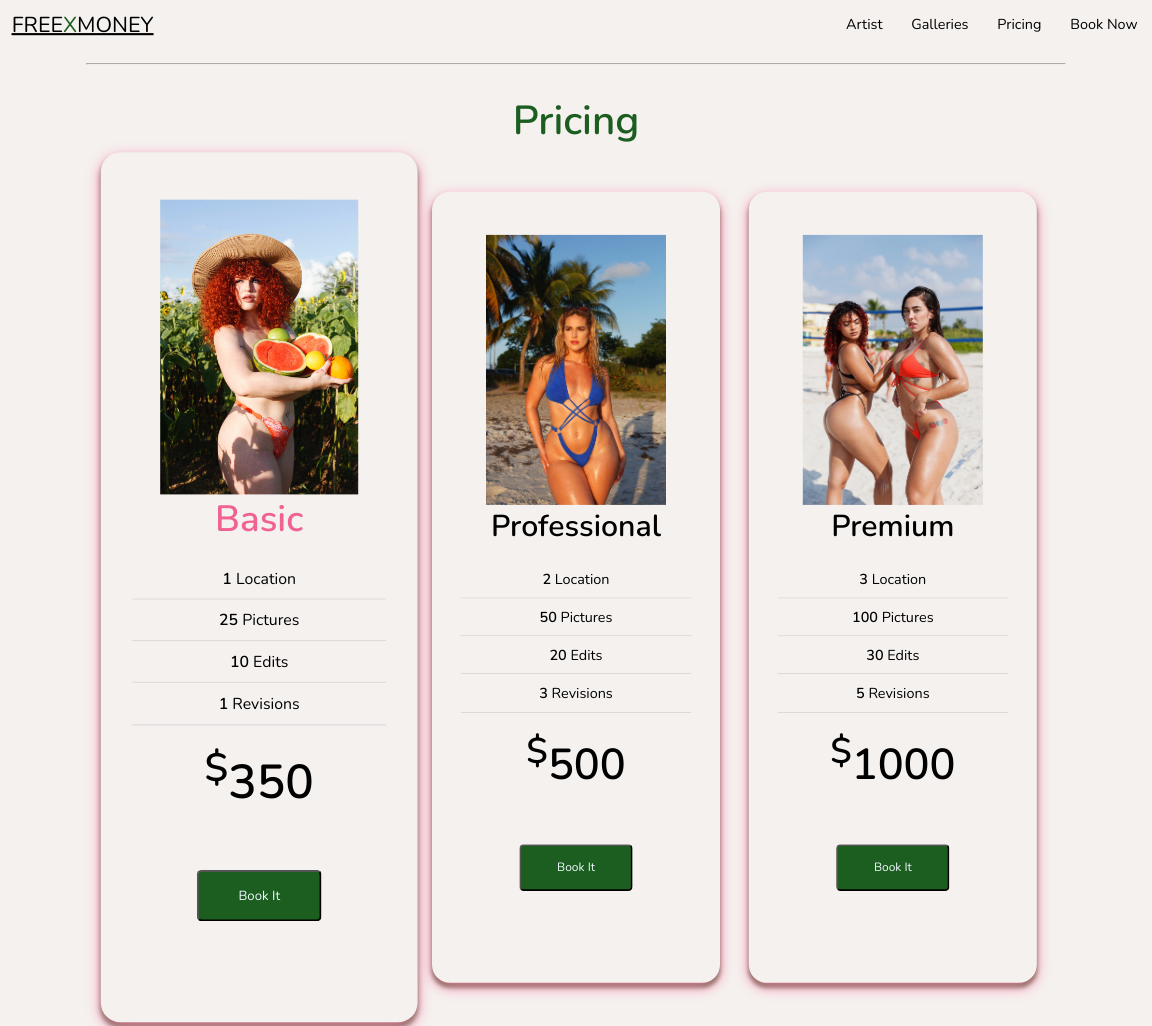
Repository: burntaftermint/freexmoney-draft
Page: price.html
An editor plug-in stored every save of this project. The page is shown before and after the next save, followed by the edit.
The browser window is 1280 px wide. The pictures show the whole page, at 90% of full size.
The pointer rests on the first visible `.card-button`.
Some web fonts or font styles are not loaded; a fallback is used.

Above is the page before, as saved 2024-06-11 02:17:09.

### price.html
<!DOCTYPE html>
<html lang="en">
<head>
    <meta charset="UTF-8">
    <meta http-equiv="X-UA-Compatible" content="IE=edge">
    <meta name="viewport" content="width=device-width, initial-scale=1.0">
    <script src="script.js" defer></script>
    <title>FREEXMONEY</title>
    <link rel="preconnect" href="https://fonts.googleapis.com">
    <link rel="preconnect" href="https://fonts.gstatic.com" crossorigin>
    <link href="https://fonts.googleapis.com/css2?family=Architects+Daughter&family=Kumbh+Sans:wght@400;700&family=Montserrat:ital,wght@0,100;0,200;0,300;0,400;0,500;0,600;0,700;0,800;0,900;1,100;1,200;1,300;1,400;1,500;1,600;1,700;1,800;1,900&family=Nunito:wght@300;400;500;600&family=Roboto:wght@300&family=Rubik:wght@400;500;600;700;800&family=Yantramanav:wght@500&display=swap" rel="stylesheet">
    <link rel="stylesheet" type="text/css" href="style.css">
</head>
<body>
    <nav class="navbar">
        <div class="nav-title">
            <a href="index.html">FREE<span>X</span>MONEY</a>
        </div>
        <a href="#" class="toggle-button">
            <span class="bar"></span>
            <span class="bar"></span>
            <span class="bar"></span>
        </a>
        <div class="navbar-links">
            <ul>
                <li><a href="artist.html">Artist</a></li>
                <li><a href="gallery.html">Galleries</a></li>
                <li><a href="pricing.html">Pricing</a></li>
                <li><a href="home.html">Book Now</a></li>
            </ul>
        </div>
    </nav>
    <hr>
    <h1 class="galleryh1">Pricing</h1>
    <section class="pricing">
        <div class="card-wrapper">
            <!-- card header -->
            <div class="card-header">
                <img src="images/2.JPG" alt="basic">
                <h2>Basic</h2>
            </div>
            <!-- card detail -->
            <div class="card-detail">
                <p><b>1</b> Location </p>
                <p><b>25</b> Pictures </p>
                <p><b>10</b> Edits </p>
                <p><b>1</b> Revisions </p>

            </div>
            <!-- card price -->
            <div class="card-price">
                <p><sup>$</sup>350</p>
            </div>
            <!-- button -->
            <button class="card-button">Book It</button>
        </div>

        <div class="card-wrapper">
            <!-- card header -->
            <div class="card-header">
                <img src="images/4.JPG" alt="basic">
                <h2>Professional</h2>
            </div>
            <!-- card detail -->
            <div class="card-detail">
                <p><b>2</b> Location </p>
                <p><b>50</b> Pictures </p>
                <p><b>20</b> Edits </p>
                <p><b>3</b> Revisions </p>

            </div>
            <!-- card price -->
            <div class="card-price">
                <p><sup>$</sup>500</p>
            </div>
            <!-- button -->
            <button class="card-button">Book It</button>
        </div>

        <div class="card-wrapper">
            <!-- card header -->
            <div class="card-header">
                <img src="images/11.JPG" alt="basic">
                <h2>Premium</h2>
            </div>
            <!-- card detail -->
            <div class="card-detail">
                <p><b>3</b> Location </p>
                <p><b>100</b> Pictures </p>
                <p><b>30</b> Edits </p>
                <p><b>5</b> Revisions </p>

            </div>
            <!-- card price -->
            <div class="card-price">
                <p><sup>$</sup>1000</p>
            </div>
            <!-- button -->
            <button class="card-button">Book It</button>
        </div>

    </section>

</body>
</html>

### style.css

* {
    margin: 0;
    padding: 0;
    box-sizing: border-box;
    font-family: 'Nunito', sans-serif;
    background-color: #f5f1ef;
}

.container {
    display: flex;
    flex-direction: column;
    justify-content: center;
    align-items: center;
    text-align: center;
    margin: 15px 20px 0 20px;
}

.social-links img {
    width: 50px;

    margin: 20px;
    cursor: pointer;
}

.social-links {
    text-align: center;
}

hr {
    margin: 1rem 6rem 0 6rem;
}


.container .heading {
    width: 50%;
    padding-bottom: 20px;
}

.container .heading h3 {
    font-size: 3em;
    font-weight: 400;
    border-bottom: 3px solid #1b5e20;

}

.container .heading h3 span {
    color: #1b5e20;
    font-weight: 600;
}

.container .box {
    display: flex;
    flex-direction: row;
    justify-content: space-between;

}

.container .box .row1 {
    display: flex;
    flex-direction: column;
    width: 32.5%;
}

.container .box .row1 img {
    width: 100%;
    padding-bottom: 10px;
    animation: fadeInUp 2s ease;
}

.container .box .row1 img:hover{
    opacity: 0.5;
    transition: 0.2s ease;

}

.container .btn {
    margin: 40px 0 70px 0;
    background: #1b5e20;
    padding: 15px 40px ;
    border-radius: 5px;
}


.container .btn a {
    text-decoration: none;
    background-color: transparent;
    color: #f5f5f5;
    font-weight: bolder;
    letter-spacing: 1px;
}

.container .heading a {
    text-decoration: none;
    color: black;
}
.container .heading a:hover {

    color: #f06292;
}

.container .btn a:hover {
    text-decoration: none;
    background-color: transparent;
    color: #f06292;
    font-weight: bolder;

}

/* gallery css */
.gallery-container {
    width: 100%;
    min-height: 100vh;
    display: flex;
    justify-content: center;
    align-items: center;
    padding: 0px 90px;
}

.gallery-content-section {
    display: flex;
    justify-content: center;
    align-items: center;
    text-align: center;
    animation: fadeInRight 2s ease;
}

.gallery-content-section .gallery-card {
    flex: 1;
    margin: 20px 20px;
    box-shadow: 0px 2px 8px 0px rgba(0,0,0,0.2);
    border-radius: 20px;
    box-shadow: 0 5px 14px #fa7fa8, 0 5px 5px #1b5e20;
}

.gallery-content-section .gallery-card:hover {
    transform: scale(1.2);
    cursor: pointer;
}

.gallery-content-section .gallery-card img {
    width: 100%;
    height: auto;
    border-radius: 5px;
}

.gallery-content-section .gallery-card h2 {
    margin: 15px 0px;
    font-size: 28px;
    color: #f06292;
}

.gallery-content-section .gallery-card p {
    font-size: 16px;
    line-height: 1.5;
    padding: 0px 10px;
    margin-bottom: 20px;
}

.galleryh1 {
    text-align: center;
    font-size: 45px;
    color: #1b5e20;
    margin-top: 2rem;
}

/* home css */

.hero {
    background-color: #f5f1ef;
    overflow: hidden;
}

.home-heading h1 {
    color: #1b5e20;
    font-size: 55px;
    text-align: center;
    margin-top: 35px;
    margin-bottom: -30px;
}

.hero-content p {
    font-size: 24px;
    line-height: 1.5;
    margin-bottom: 40px;
    color: rgb(39, 39, 39);
}

.hero-btn {
    display: inline-block;
    background-color: #1b5e20;
    margin-top: -20px;
    padding: 12px 24px;
    border-radius: 5px;
    font-size: 20px;
    border: none;
    cursor: pointer;
    transition: 0.3s ease;
    font-weight: bolder;
    letter-spacing: 1px;
}
.hero-btn a {

    text-decoration: none;
    background-color: transparent;
    color: #f5f5f5;
}
.hero-btn a:hover {

    color: #f06292;
}
.container_home {
    display: flex;
    justify-content: center;
    align-items: center;
    width: 90%;
    margin: 65px auto;
}
.hero-content {
    flex: 1;
    width: 600px;
    margin: 0px 25px;
    animation: fadeInUp 2s ease;
}
.hero-image {
    flex: 1;
    width: 600px;
    margin: auto;
    animation: fadeInRight 2s ease;
}

.hero-content h2 {
    color: #f06292;
    font-size: 38px;
    margin-bottom: 10px;
}

.hero img {
width: 100%;
height: auto;
border-radius: 10px;
}

/* navbar css */
.navbar {
    display: flex;
    justify-content: space-between;
    align-items: center;
    background-color: #f5f1ef;


}

.nav-title {
    background-color: transparent;
    text-decoration: underline;
}
.nav-title a{
    color: black;

}
.nav-title a:hover{
    color: #f06292;
}
.nav-title span{
    background-color: transparent;
    color: #1b5e20;
}

.navbar-links ul {
    margin: 0;
    padding: 0;
    display: flex;
}

.navbar-links li {
    list-style: none;

}

.navbar-links li a {
    text-decoration: none;
    color: black;
    padding: 1rem;
    display: block;



}

.navbar-links li a:hover{
    color: #f06292;
}
.nav-title {
    font-size: 1.5rem;
    margin: .5rem;
    padding-left: 5px;

}

.toggle-button {
    position: absolute;
    top: .75rem;
    right: 1rem;
    display: none;
    flex-direction: column;
    justify-content: space-between;
    width: 30px;
    height: 21px;
}

.toggle-button .bar {
    height: 3px;
    width: 100%;
    background-color: black;
    border-radius: 10px;
}

/* Pricing css */

.pricing {
    display: flex;
    justify-content: center;
    flex-wrap: wrap;
    width: 100%;
    padding: 2rem;
}

.card-header >img {
    width: 200px;
    display: block;
    margin: 0 auto;
}

.card-wrapper {
    display: flex;
    flex-direction: column;
    align-items: center;
    justify-content: center;
    width: 320px;
    height: auto;

    border-radius: 20px;
    box-shadow: 0 5px 14px #fa7fa8, 0 5px 5px #1b5e20;
    padding: 2rem;
    margin: 1rem;
    transition: all 0.2 ease-in;
}

.card-wrapper:hover {
    transform: scale(1.1);

}

.card-wrapper:hover .card-header> h2{
    transform: scale(1.1);
    color: #f06292;
    letter-spacing: 2;
}
.card-header {
    margin: 1rem;
    text-align: center;
    font-size: 1.4rem;

}

.card-detail {
    width: 100%;
    text-align: center;
}

.card-detail > p {
    padding: 0.6rem 1.5rem;
    font-size: 1rem;
    border-bottom: 1px solid #d5d5d5;

}

.card-price {
    display: flex;
    align-items: flex-start;
    margin: 1rem;
}

.card-price > p {
    font-size: 3rem;
    font-weight: 800;

}

.card-price > p > sup,
.card-price . p . sub {
    font-size: 1rem;
}

.card-button {

        margin: 40px 0 70px 0;
        background: #1b5e20;
        padding: 15px 40px ;
        border-radius: 5px;
        color: aliceblue;
}




.pricing-card li {
    background-color: #fa7fa8;
}
.pricing-card strong {
    background-color: #fa7fa8;
}
.pricing-card sup {
    background-color: #fa7fa8;
}

.price {
    background-color: #fa7fa8;
    font-size: 70px;
    color: #f5f1ef;
    margin: 40px 0;
    transition: .2s linear;
}

.price sup, .price span {
    font-size: 22px;
    font-weight: 700;
}









@media only screen and (max-width: 1000px) {
    .gallery-content-section {
        flex-direction: column;
    }

    .pricing-card {
        flex: 50%;

    }

    .pricing-card-header {
        font-size: 10.5px;
    }

    .price {
        font-size: 45px;
    }

    .pricing-card li {
        font-size: 15px;
    }



}




@media only screen and (max-width: 769px) {
    .container .box {
        flex-direction: column;
    }
    .container .box .row1 {
        width: 100%;
    }
    .home-heading h1 {
        font-size: 45px;
        margin-top: 30px;
    }

    .hero {
        margin: 0px;

    }
    .container_home {
        width: 100%;
        flex-direction: column;
        margin: 0px;
        padding: 0px 40px;

    }
    .hero-content {
        width: 100%;
        margin: 35px 0px;
    }
    .hero-content h2 {
        font-size: 30px;

    }
    .hero-content p {
        font-size: 18px;
        margin-bottom: 20px;
    }
    .hero-btn {
        font-size: 16px;
        padding: 8px 16px;

    }
    .hero-image {
        width: 100%;
    }

    .pricing-card {
        flex: 50%;

    }

    .pricing-card-header {
        font-size: 6px;
    }

    .price {
        font-size: 35px;
    }

    .pricing-card li {
        font-size: 15px;
    }


}






@media only screen and (max-width: 718px) {
    .container .heading {
        width: 100%;

    }

    .container .heading h3 {
        font-size: 2.5em;


    }
}

@media only screen and (max-width: 549px) {
    .toggle-button {
        display: flex;

    }
    .navbar-links {
        display: none;
        width: 100%;

    }
    .navbar {
        flex-direction: column;
        align-items: flex-start;
    }

    .navbar-links ul {
        width: 100%;
        flex-direction: column;
    }

    .navbar-links li {
        text-align: center;
    }

    .navbar-links li a {
        padding: .3rem .7rem;
    }

    .navbar-links.active {
        display: flex;
    }
}

@media only screen and (max-width: 510px) {
    .gallery-card {
        width: 150%;

    }
}

@media only screen and (max-width: 400px) {
    .pricingh1 {
        margin-bottom: -175px;
    }
}

@keyframes fadeInUp {
    0% {
        opacity: 0;
        transform: translateY(50px);
    }
    100% {
        opacity: 1;
        transform: translateY(0px);
    }
}


@keyframes fadeInRight {
    0% {
        opacity: 0;
        transform: translateX(-50px);
    }
    100% {
        opacity: 1;
        transform: translateX(0px);
    }
}

Loaded but not shown: script.js (common file)

After the next save:
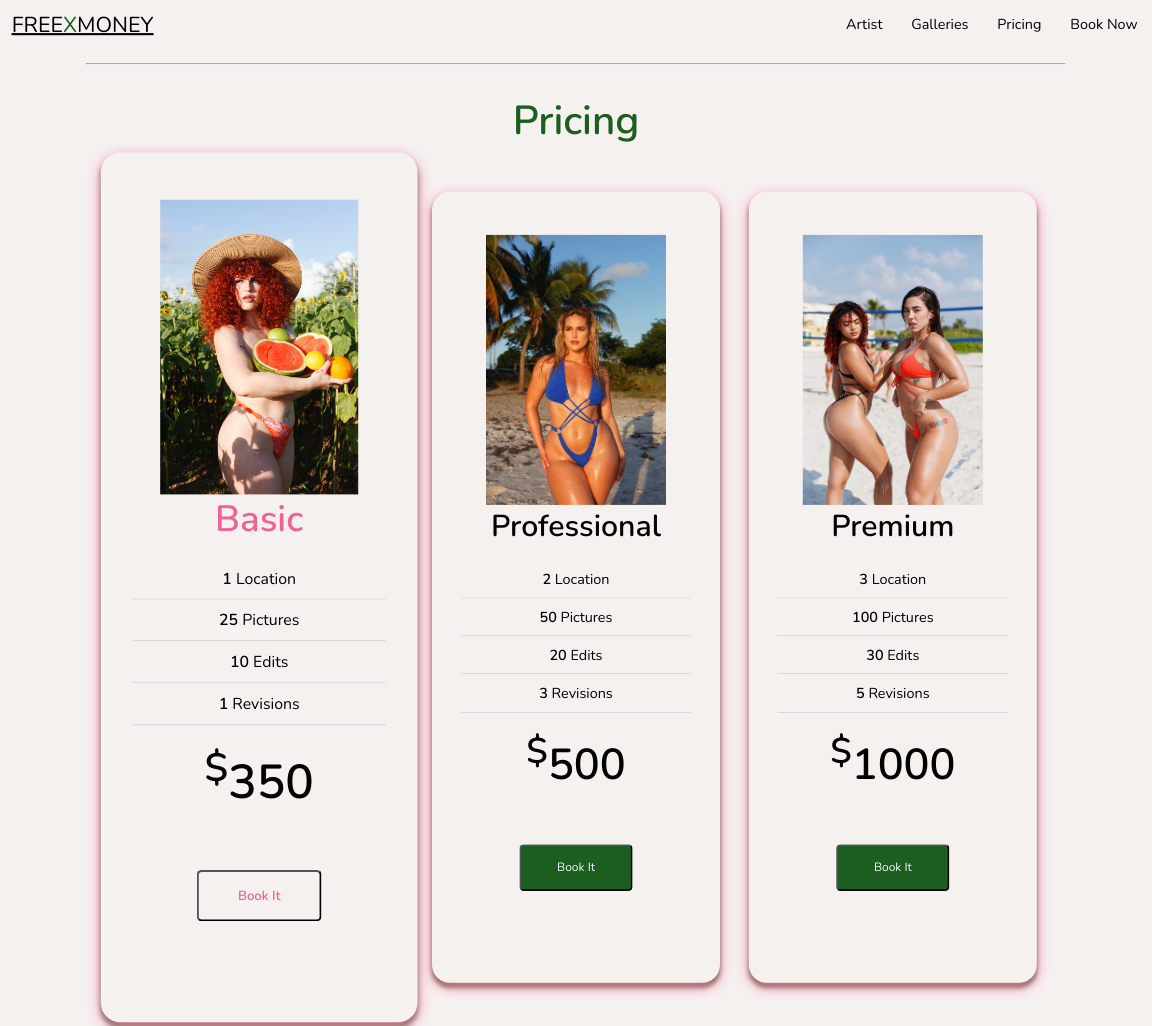
Saved 59 s later.
--- a/style.css
+++ b/style.css
@@ -402,7 +402,12 @@ border-radius: 10px;
         color: aliceblue;
 }
 
-
+.card-button:hover {
+    text-decoration: none;
+    background-color: transparent;
+    color: #f06292;
+    font-weight: bolder;
+}
 
 
 .pricing-card li {
